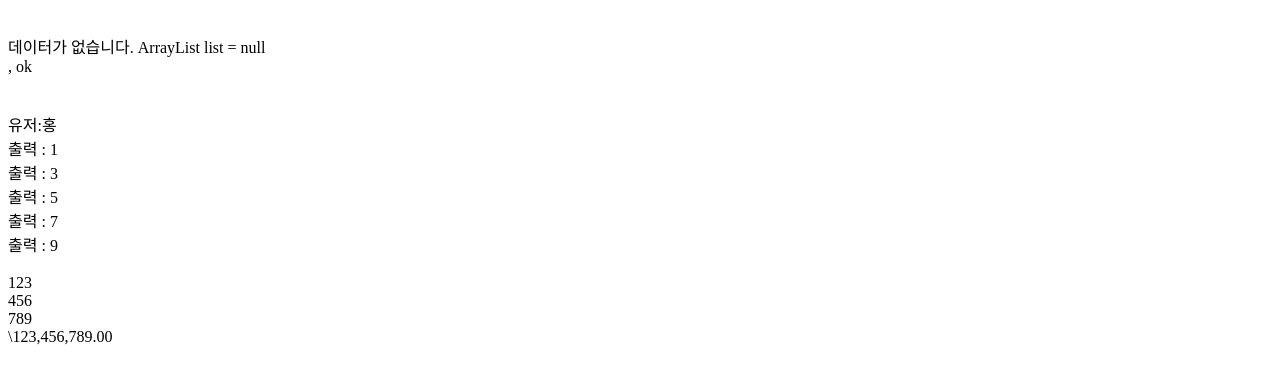
Repository: Won-Hyuk-Lee/kosta_java
Page: http://localhost/web_prj/lec_jstl.jsp
An editor plug-in stored every save of this project. The page is shown before and after the next save, followed by the edit.
The browser window is 1280 px wide. The pictures show the whole page.
The page is served by Tomcat 9. Nobody is signed in. The application's start-up code is not run. Other server files are loaded and not shown.

Above is the page before, as saved 2024-05-30 05:22:51.

### web_prj/src/main/webapp/lec_jstl.jsp
<%@ page language="java" contentType="text/html; charset=UTF-8"
    pageEncoding="UTF-8"%>
<%@taglib uri="http://java.sun.com/jsp/jstl/core" prefix="c"%>
<%@taglib uri="http://java.sun.com/jsp/jstl/fmt"  prefix="fmt"%>

<%@ page import="com.kosta.sample.board.BoardVO" %>
<%@ page import="java.util.ArrayList" %>
<%@ page import="java.util.HashMap" %>


<!DOCTYPE html>
<html>
<head>
<meta charset="UTF-8">
<title>Insert title here</title>
<script src="https://code.jquery.com/jquery-3.7.1.js"></script>
<script> $(function() { }); </script>
</head>
<body>
<!--
 EL(Expression Language) :  JSP 사용하는 스크립트릿(<% %>) 문법을 쉽게 하는 언어  $ { }
 JSTL(JSP Standard Tag Library) : JSP 표준라이브러리

  - JSP 내장객체 SCOPE : page > request > session > application
  - EL  내장객체 SCOPE : pageScope > requestScope > sessionScope > applicationScope
-->


<!--
//서블릿 코드
BoardVO bvo  = new BoardVO();
bvo.setRegid("kim");
bvo.setTitle("이건제목");
request.setAttribute("KEY_BOARDVO", bvo);
-->
<%
//BoardVO bvo = (BoardVO)request.getAttribute("KEY_BOARDVO");
//out.println(bvo.getRegid() + ","  + bvo.getTitle());
%>
<!-- ${requestScope.KEY_BOARDVO.regid} -->



<!--
//서블릿 코드
ArrayList<BoardVO> list = new ArrayList<BoardVO>();
BoardVO bvo  = new BoardVO();
bvo.setRegid("kim");
bvo.setTitle("이건제목");
list.add(bvo);
bvo  = new BoardVO();
bvo.setRegid("kim2");
bvo.setTitle("이건제목2");
list.add(bvo);
request.setAttribute("KEY_LISTVO", list);
-->

<%
//ArrayList<BoardVO> list = (ArrayList<BoardVO>)request.getAttribute("KEY_LISTVO");
//for(BoardVO bvo : list) {
//	out.println(bvo.getTitle() + "," + bvo.getRegid() + "<br>");
//}
%>
<!--
${requestScope.KEY_LISTVO[0]["regid"]}, ${requestScope.KEY_LISTVO[0]["title"]}<br>
${requestScope.KEY_LISTVO[1]["regid"]}, ${requestScope.KEY_LISTVO[1]["title"]}<br>
-->

<!--
ArrayList<BoardVO> list = (ArrayList<BoardVO>)request.getAttribute("KEY_LISTVO");
for(BoardVO bvo : list) {
   bvo.getRegid()
}
 -->
<c:forEach items="${KEY_LISTVO}" var="bvo">
	${bvo.regid} , ${bvo.title} <br>
</c:forEach>
<p><br>

<c:if test="${not empty KEY_LISTVO}">
	<c:forEach items="${KEY_LISTVO}" var="mybvo" varStatus="mysts">
		${mybvo.regid} , ${mybvo.title} -  ${mysts.index} ${mysts.count}<br>
	</c:forEach>
</c:if>
<c:if test="${empty KEY_LISTVO}">
	데이터가 없습니다.  ArrayList<BoardVO> list = null
</c:if>
<br>

<!--
//서블릿 코드
HashMap<String, BoardVO> map = new HashMap<String, BoardVO>();
BoardVO bvo  = new BoardVO();
bvo.setRegid("kim");
bvo.setTitle("이건제목");
map.put("map_key", bvo);
request.setAttribute("KEY_MAPVO", map);
-->
<%
//HashMap<String, BoardVO> map = (HashMap<String, BoardVO>)request.getAttribute("KEY_MAPVO");
//out.println(map.get("map_key").getRegid() + "," + map.get("map_key").getTitle());
%>
<!-- ${requestScope.KEY_MAPVO.map_key.regid} , ${KEY_MAPVO.map_key.title} -->


<!--
//서블릿 코드
HttpSession session = request.getSession();
session.setAttribute("SESS_ID", "kim");
session.setAttribute("SESS_GRADE", "gold");
-->
<%
//String uid = (String)session.getAttribute("SESS_ID");
//out.print(uid);
%>
<!--  ${sessionScope.SESS_ID}  -->


<!--
//서블릿 코드
Cookie ck1 = new Cookie("MY_COOKIE_UID", "lee");
Cookie ck2 = new Cookie("MY_COOKIE_GRADE", "hong");
ck1.setMaxAge(100);
ck2.setMaxAge(100);
response.addCookie(ck1);
response.addCookie(ck2);
-->

<%
// 요청으로부터 모든 쿠키를 가져옵니다.
Cookie[] cookies = request.getCookies();
if (cookies != null) {
    for (Cookie cookie : cookies) {
        out.println(cookie.getName() + "," + cookie.getValue() + "<br>");
    }
}
%>
${cookie.MY_COOKIE_UID.name}, ${cookie.MY_COOKIE_UID.value}


<!-- JSTL :   if  forEach   -->
<%
String cval = "lee";
int num = 10;
if (cval.equals("lee") && num==10) {
	out.println("ok");
} else {
	out.println("fail");
}
%>
<br>

<c:if test="${cookie.MY_COOKIE_UID.value == 'lee'}">
	ok lee
</c:if>
<br>
<c:if test="${cookie.MY_COOKIE_UID.value eq 'lee'}">
	ok lee
</c:if>
<br>

<c:set value="hong" var="userid"/>
<c:choose>
    <c:when test="${userid == 'hong'}">
         유저:홍
    </c:when>
    <c:when test="${userid == 'admin'}">
        어드민
    </c:when>
    <c:otherwise>
        손님
    </c:otherwise>
</c:choose>
<br>

<!--
for(int i=1; i<=10; i+=2)
 -->
<c:forEach begin="1" end="10" step ="2"   var="myval">
출력 : ${myval} <br>
</c:forEach>

<br>

<c:forTokens items="123-456-789"  delims="-"   var="myval">
       ${myval}  <br>
</c:forTokens>




<!-- < c : redirect url="index.jsp" /> -->

<c:set var = "mynum" value="123456789"/>
<fmt:formatNumber value = "${mynum }" type="currency" currencySymbol="\\"/>





</body>
</html>

After the next save:
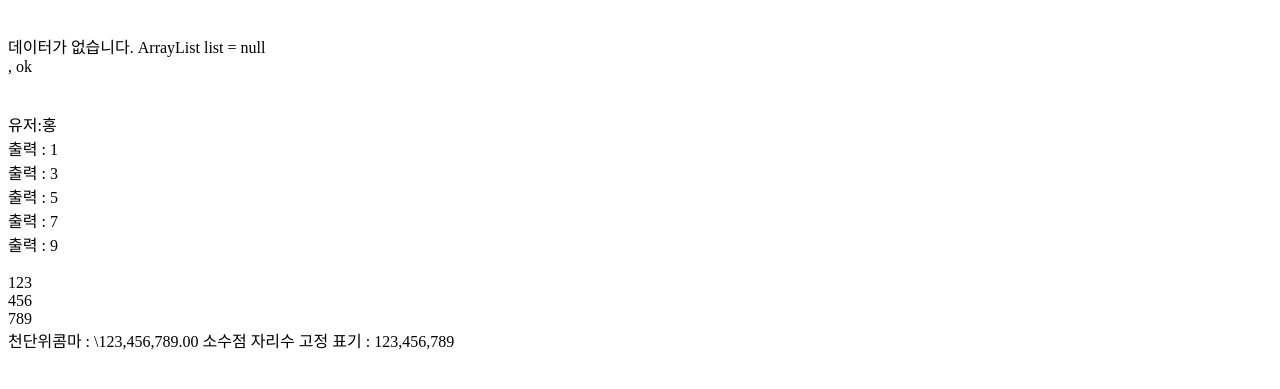
Saved 2 min 27 s later.
--- a/web_prj/src/main/webapp/lec_jstl.jsp
+++ b/web_prj/src/main/webapp/lec_jstl.jsp
@@ -192,9 +192,9 @@ for(int i=1; i<=10; i+=2)
 <!-- < c : redirect url="index.jsp" /> -->
 
 <c:set var = "mynum" value="123456789"/>
-<fmt:formatNumber value = "${mynum }" type="currency" currencySymbol="\\"/>
-
-
+천단위콤마 : <fmt:formatNumber value = "${mynum }" type="currency" currencySymbol="\\"/>
+
+소수점 자리수 고정 표기 : <fmt:formatNumber value="${mynum }" pattern="###,###,###,###.##"/>
 
 
 
